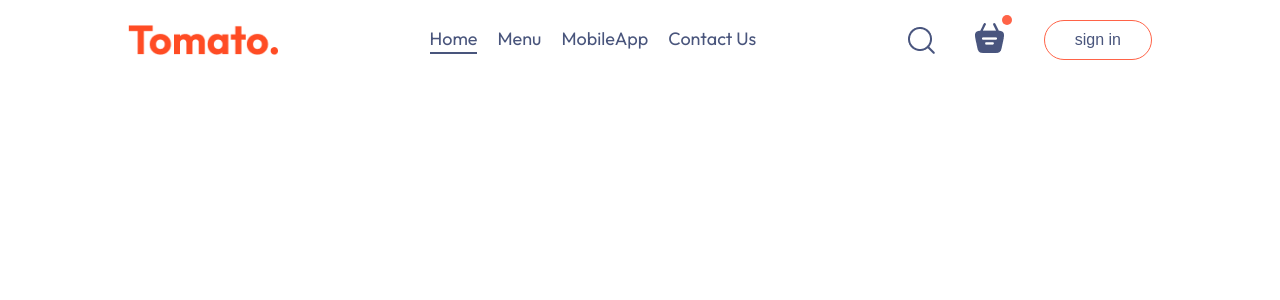
Repository: guilhermecardoso93/tomato-front-end
Page: /
The author's editor kept a copy of each file at every save. The page is drawn from the files as they stood at one save, then again after the next save.
The browser window is 1280 px wide. The pictures show the whole page.
The project was rebuilt for these pictures with package versions that can differ from the ones it lists, and the page was loaded fresh each time. Also part of the build but not shown: vite.config.js, src/pages/Cart/styles.css, src/pages/Cart/index.jsx, src/pages/PlaceOrder/styles.css, src/pages/PlaceOrder/index.jsx.

Above is the page before, as saved 2024-10-29 20:15:03.

### index.html
<!doctype html>
<html lang="en">

<head>
    <meta charset="UTF-8" />
    <link rel="icon" type="image/svg+xml" href="" />
    <link rel="preconnect" href="https://fonts.googleapis.com">
    <link rel="preconnect" href="https://fonts.gstatic.com" crossorigin>
    <link href="https://fonts.googleapis.com/css2?family=Inter:ital,opsz,wght@0,14..32,100..900;1,14..32,100..900&family=Outfit:wght@100..900&display=swap" rel="stylesheet">
    <meta name="viewport" content="width=device-width, initial-scale=1.0" />
    <title>Tomato</title>
</head>

<body>
    <div id="root"></div>
    <script type="module" src="/src/main.jsx"></script>
</body>

</html>

### src/main.jsx
import { StrictMode } from "react";
import { createRoot } from "react-dom/client";
import "./index.css";
import { App } from "./App.jsx";
import { BrowserRouter } from "react-router-dom";

createRoot(document.getElementById("root")).render(
  <BrowserRouter>
    <App />
  </BrowserRouter>
);

### src/index.css
* {
  padding: 0;
  margin: 0;
  box-sizing: border-box;
}

body {
  min-height: 100vh;
  font-family: "Outfit", sans-serif;
}

a {
  text-decoration: none;
  color: inherit;
}

.app {
  width: 80%;
  margin: auto;
}

### src/App.jsx
import { Routes, Route } from "react-router-dom";
import { Navbar } from "./components/Navbar";

import { Home } from "./pages/Home";
import { Cart } from "./pages/Cart";
import { PlaceOrder } from "./pages/PlaceOrder";

export function App() {
  return (
    <div className="app">
      <Navbar />
      <Routes>
        <Route path="/" element={<Home />} />
        <Route path="/cart" element={<Cart />} />
        <Route path="/order" element={<PlaceOrder />} />
      </Routes>
    </div>
  );
}

### src/components/Navbar/index.jsx
import { useState } from "react";
import { assets } from "../../assets/assets";
import "./styles.css";

export const Navbar = () => {
  const [menu, setMenu] = useState("Home");

  return (
    <div className="navbar">
      <img src={assets.logo} alt="Logo" className="logo" />
      <ul className="navbar-menu">
        <li
          onClick={() => setMenu("Home")}
          className={menu === "Home" ? "active" : ""}
        >
          Home
        </li>
        <li
          onClick={() => setMenu("Menu")}
          className={menu === "Menu" ? "active" : ""}
        >
          Menu
        </li>
        <li
          onClick={() => setMenu("MobileApp")}
          className={menu === "MobileApp" ? "active" : ""}
        >
          MobileApp
        </li>
        <li
          onClick={() => setMenu("Contact Us")}
          className={menu === "Contact Us" ? "active" : ""}
        >
          Contact Us
        </li>
      </ul>
      <div className="navbar-right">
        <img src={assets.search_icon} alt="" />
        <div className="navbar-search-icon">
          <img src={assets.basket_icon} alt="" />
          <div className="dot"></div>
        </div>
        <button>sign in</button>
      </div>
    </div>
  );
};

### src/pages/Home/index.jsx

import { Header } from '../../components/Header'
import './styles.css'

export const Home = () => {
  return (
    <div>
      <Header />
    </div>
  )
}

### src/assets/assets.js
import basket_icon from './icons/basket_icon.png'
import logo from './logo.png'
import header_img from './header_img.png'
import search_icon from './icons/search_icon.png'
import menu_1 from './menu/menu_1.png'
import menu_2 from './menu/menu_2.png'
import menu_3 from './menu/menu_3.png'
import menu_4 from './menu/menu_4.png'
import menu_5 from './menu/menu_5.png'
import menu_6 from './menu/menu_6.png'
import menu_7 from './menu/menu_7.png'
import menu_8 from './menu/menu_8.png'

import food_1 from './food/food_1.png'
import food_2 from './food/food_2.png'
import food_3 from './food/food_3.png'
import food_4 from './food/food_4.png'
import food_5 from './food/food_5.png'
import food_6 from './food/food_6.png'
import food_7 from './food/food_7.png'
import food_8 from './food/food_8.png'
import food_9 from './food/food_9.png'
import food_10 from './food/food_10.png'
import food_11 from './food/food_11.png'
import food_12 from './food/food_12.png'
import food_13 from './food/food_13.png'
import food_14 from './food/food_14.png'
import food_15 from './food/food_15.png'
import food_16 from './food/food_16.png'
import food_17 from './food/food_17.png'
import food_18 from './food/food_18.png'
import food_19 from './food/food_19.png'
import food_20 from './food/food_20.png'
import food_21 from './food/food_21.png'
import food_22 from './food/food_22.png'
import food_23 from './food/food_23.png'
import food_24 from './food/food_24.png'
import food_25 from './food/food_25.png'
import food_26 from './food/food_26.png'
import food_27 from './food/food_27.png'
import food_28 from './food/food_28.png'
import food_29 from './food/food_29.png'
import food_30 from './food/food_30.png'
import food_31 from './food/food_31.png'
import food_32 from './food/food_32.png'

import add_icon_white from './icons/add_icon_white.png'
import add_icon_green from './icons/add_icon_green.png'
import remove_icon_red from './icons/remove_icon_red.png'
import app_store from './icons/app_store.png'
import play_store from './icons/play_store.png'
import linkedin_icon from './icons/linkedin_icon.png'
import facebook_icon from './icons/facebook_icon.png'
import twitter_icon from './icons/twitter_icon.png'
import cross_icon from './icons/cross_icon.png'
import selector_icon from './icons/selector_icon.png'
import rating_starts from './icons/rating_starts.png'
import profile_icon from './icons/profile_icon.png'
import bag_icon from './icons/bag_icon.png'
import logout_icon from './icons/logout_icon.png'
import parcel_icon from './icons/parcel_icon.png'

export const assets = {
    logo,
    basket_icon,
    header_img,
    search_icon,
    rating_starts,
    add_icon_green,
    add_icon_white,
    remove_icon_red,
    app_store,
    play_store,
    linkedin_icon,
    facebook_icon,
    twitter_icon,
    cross_icon,
    selector_icon,
    profile_icon,
    logout_icon,
    bag_icon,
    parcel_icon
}

export const menu_list = [
    {
        menu_name: "Salad",
        menu_image: menu_1
    },
    {
        menu_name: "Rolls",
        menu_image: menu_2
    },
    {
        menu_name: "Deserts",
        menu_image: menu_3
    },
    {
        menu_name: "Sandwich",
        menu_image: menu_4
    },
    {
        menu_name: "Cake",
        menu_image: menu_5
    },
    {
        menu_name: "Pure Veg",
        menu_image: menu_6
    },
    {
        menu_name: "Pasta",
        menu_image: menu_7
    },
    {
        menu_name: "Noodles",
        menu_image: menu_8
    }]

export const food_list = [
    {
        _id: "1",
        name: "Greek salad",
        image: food_1,
        price: 12,
        description: "Food provides essential nutrients for overall health and well-being",
        category: "Salad"
    },
    {
        _id: "2",
        name: "Veg salad",
        image: food_2,
        price: 18,
        description: "Food provides essential nutrients for overall health and well-being",
        category: "Salad"
    }, {
        _id: "3",
        name: "Clover Salad",
        image: food_3,
        price: 16,
        description: "Food provides essential nutrients for overall health and well-being",
        category: "Salad"
    }, {
        _id: "4",
        name: "Chicken Salad",
        image: food_4,
        price: 24,
        description: "Food provides essential nutrients for overall health and well-being",
        category: "Salad"
    }, {
        _id: "5",
        name: "Lasagna Rolls",
        image: food_5,
        price: 14,
        description: "Food provides essential nutrients for overall health and well-being",
        category: "Rolls"
    }, {
        _id: "6",
        name: "Peri Peri Rolls",
        image: food_6,
        price: 12,
        description: "Food provides essential nutrients for overall health and well-being",
        category: "Rolls"
    }, {
        _id: "7",
        name: "Chicken Rolls",
        image: food_7,
        price: 20,
        description: "Food provides essential nutrients for overall health and well-being",
        category: "Rolls"
    }, {
        _id: "8",
        name: "Veg Rolls",
        image: food_8,
        price: 15,
        description: "Food provides essential nutrients for overall health and well-being",
        category: "Rolls"
    }, {
        _id: "9",
        name: "Ripple Ice Cream",
        image: food_9,
        price: 14,
        description: "Food provides essential nutrients for overall health and well-being",
        category: "Deserts"
    }, {
        _id: "10",
        name: "Fruit Ice Cream",
        image: food_10,
        price: 22,
        description: "Food provides essential nutrients for overall health and well-being",
        category: "Deserts"
    }, {
        _id: "11",
        name: "Jar Ice Cream",
        image: food_11,
        price: 10,
        description: "Food provides essential nutrients for overall health and well-being",
        category: "Deserts"
    }, {
        _id: "12",
        name: "Vanilla Ice Cream",
        image: food_12,
        price: 12,
        description: "Food provides essential nutrients for overall health and well-being",
        category: "Deserts"
    },
    {
        _id: "13",
        name: "Chicken Sandwich",
        image: food_13,
        price: 12,
        description: "Food provides essential nutrients for overall health and well-being",
        category: "Sandwich"
    },
    {
        _id: "14",
        name: "Vegan Sandwich",
        image: food_14,
        price: 18,
        description: "Food provides essential nutrients for overall health and well-being",
        category: "Sandwich"
    }, {
        _id: "15",
        name: "Grilled Sandwich",
        image: food_15,
        price: 16,
        description: "Food provides essential nutrients for overall health and well-being",
        category: "Sandwich"
    }, {
        _id: "16",
        name: "Bread Sandwich",
        image: food_16,
        price: 24,
        description: "Food provides essential nutrients for overall health and well-being",
        category: "Sandwich"
    }, {
        _id: "17",
        name: "Cup Cake",
        image: food_17,
        price: 14,
        description: "Food provides essential nutrients for overall health and well-being",
        category: "Cake"
    }, {
        _id: "18",
        name: "Vegan Cake",
        image: food_18,
        price: 12,
        description: "Food provides essential nutrients for overall health and well-being",
        category: "Cake"
    }, {
        _id: "19",
        name: "Butterscotch Cake",
        image: food_19,
        price: 20,
        description: "Food provides essential nutrients for overall health and well-being",
        category: "Cake"
    }, {
        _id: "20",
        name: "Sliced Cake",
        image: food_20,
        price: 15,
        description: "Food provides essential nutrients for overall health and well-being",
        category: "Cake"
    }, {
        _id: "21",
        name: "Garlic Mushroom ",
        image: food_21,
        price: 14,
        description: "Food provides essential nutrients for overall health and well-being",
        category: "Pure Veg"
    }, {
        _id: "22",
        name: "Fried Cauliflower",
        image: food_22,
        price: 22,
        description: "Food provides essential nutrients for overall health and well-being",
        category: "Pure Veg"
    }, {
        _id: "23",
        name: "Mix Veg Pulao",
        image: food_23,
        price: 10,
        description: "Food provides essential nutrients for overall health and well-being",
        category: "Pure Veg"
    }, {
        _id: "24",
        name: "Rice Zucchini",
        image: food_24,
        price: 12,
        description: "Food provides essential nutrients for overall health and well-being",
        category: "Pure Veg"
    },
    {
        _id: "25",
        name: "Cheese Pasta",
        image: food_25,
        price: 12,
        description: "Food provides essential nutrients for overall health and well-being",
        category: "Pasta"
    },
    {
        _id: "26",
        name: "Tomato Pasta",
        image: food_26,
        price: 18,
        description: "Food provides essential nutrients for overall health and well-being",
        category: "Pasta"
    }, {
        _id: "27",
        name: "Creamy Pasta",
        image: food_27,
        price: 16,
        description: "Food provides essential nutrients for overall health and well-being",
        category: "Pasta"
    }, {
        _id: "28",
        name: "Chicken Pasta",
        image: food_28,
        price: 24,
        description: "Food provides essential nutrients for overall health and well-being",
        category: "Pasta"
    }, {
        _id: "29",
        name: "Buttter Noodles",
        image: food_29,
        price: 14,
        description: "Food provides essential nutrients for overall health and well-being",
        category: "Noodles"
    }, {
        _id: "30",
        name: "Veg Noodles",
        image: food_30,
        price: 12,
        description: "Food provides essential nutrients for overall health and well-being",
        category: "Noodles"
    }, {
        _id: "31",
        name: "Somen Noodles",
        image: food_31,
        price: 20,
        description: "Food provides essential nutrients for overall health and well-being",
        category: "Noodles"
    }, {
        _id: "32",
        name: "Cooked Noodles",
        image: food_32,
        price: 15,
        description: "Food provides essential nutrients for overall health and well-being",
        category: "Noodles"
    }
]

### src/components/Navbar/styles.css
.navbar {
  padding: 20px 0;
  display: flex;
  justify-content: space-between;
  align-items: center;
}

.navbar .logo {
  width: 150px;
}

.navbar-menu {
  display: flex;
  list-style: none;
  gap: 20px;
  color: #49557c;
  font-size: 18px;
}

.navbar li {
  cursor: pointer
}

.navbar-right {
  display: flex;
  align-items: center;
  gap: 40px;
}

.navbar button {
  background: transparent;
  font-size: 16px;
  color: #49557c;
  border: 1px solid tomato;
  padding: 10px 30px;
  border-radius: 50px;
  cursor: pointer;
  transition: 0.3s;
}

.navbar button:hover {
  background: #fff4f2;
}

.navbar .active {
  padding-bottom: 2px;
  border-bottom: 2px solid #49557c;
}

.navbar-search-icon {
  position: relative;
}

.navbar-search-icon .dot {
  position: absolute;
  min-height: 10px;
  min-width: 10px;
  background-color: tomato;
  border-radius:  5px;
  top: -8px;
  right: -8px;
}

### src/components/Header/index.jsx
import "./styles.css";

export const Header = () => {
  return (
    <div className='header'>

    </div>
  )
}

### src/components/Header/styles.css
.navbar {
  padding: 20px 0;
  display: flex;
  justify-content: space-between;
  align-items: center;
}

.navbar .logo {
  width: 150px;
}

.navbar-menu {
  display: flex;
  list-style: none;
  gap: 20px;
  color: #49557c;
  font-size: 18px;
}

.navbar li {
  cursor: pointer
}

.navbar-right {
  display: flex;
  align-items: center;
  gap: 40px;
}

.navbar button {
  background: transparent;
  font-size: 16px;
  color: #49557c;
  border: 1px solid tomato;
  padding: 10px 30px;
  border-radius: 50px;
  cursor: pointer;
  transition: 0.3s;
}

.navbar button:hover {
  background: #fff4f2;
}

.navbar .active {
  padding-bottom: 2px;
  border-bottom: 2px solid #49557c;
}

.navbar-search-icon {
  position: relative;
}

.navbar-search-icon .dot {
  position: absolute;
  min-height: 10px;
  min-width: 10px;
  background-color: tomato;
  border-radius:  5px;
  top: -8px;
  right: -8px;
}

Loaded but not shown: src/pages/Home/styles.css (no stored copy; drawn as an empty file)

After the next save:
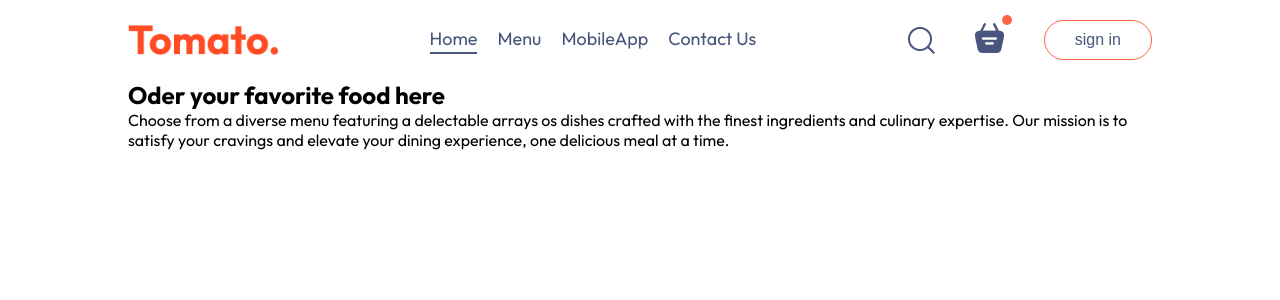
Saved 5 min 24 s later.
--- a/src/components/Header/index.jsx
+++ b/src/components/Header/index.jsx
@@ -3,7 +3,12 @@ import "./styles.css";
 export const Header = () => {
   return (
     <div className='header'>
-
+      <div className="header-container">
+        <h2>Oder your favorite food here</h2>
+        <p>
+          Choose from a diverse menu featuring a delectable arrays os dishes crafted with the finest ingredients and culinary expertise. Our mission is to satisfy your cravings and elevate your dining experience, one delicious meal at a time.
+        </p>
+      </div>
     </div>
   )
 }
